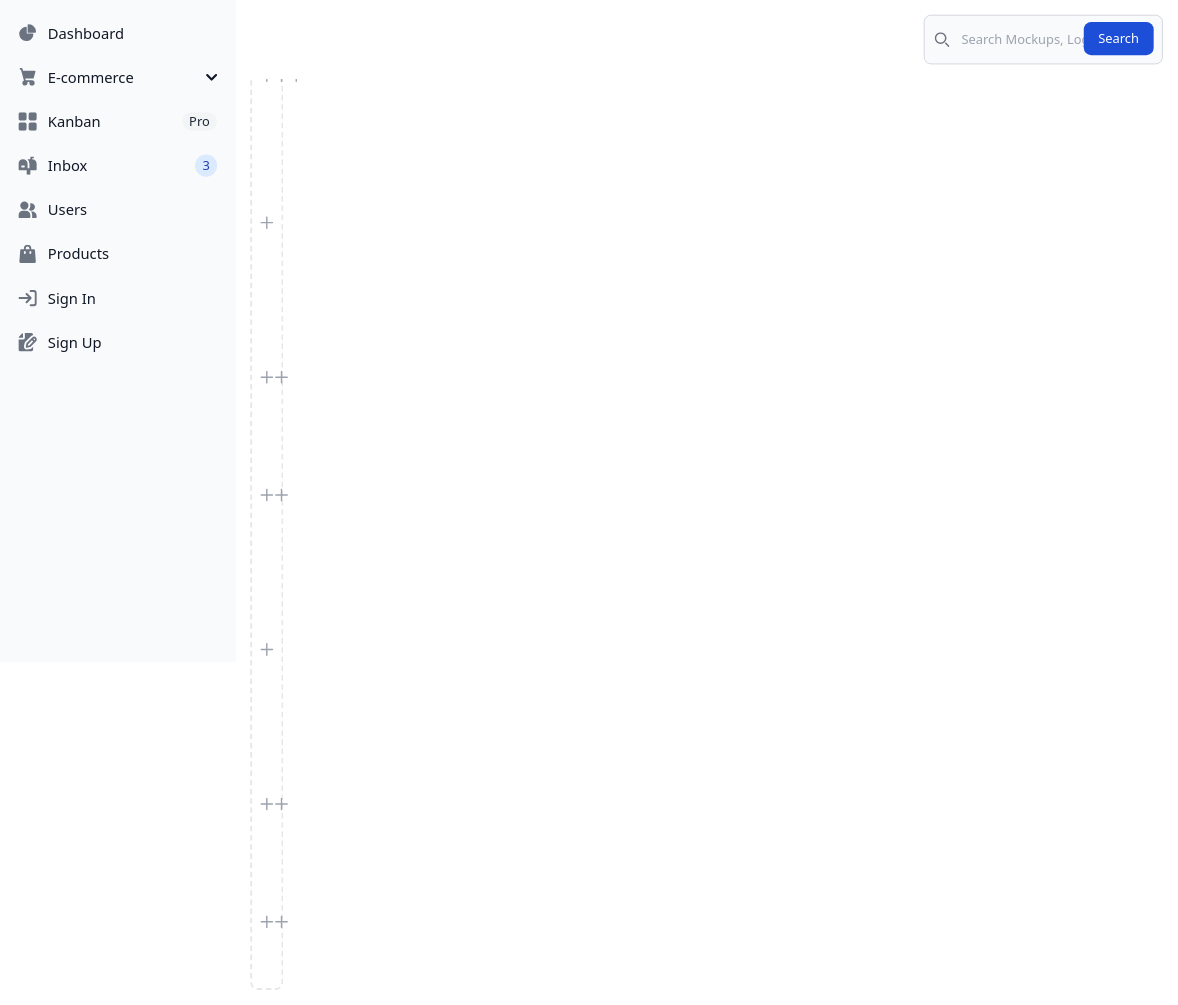
Repository: Yh010/dukaanDashboard
Page: /
An editor plug-in stored every save of this project. The page is shown before and after the next save, followed by the edit.
The browser window is 1280 px wide. The pictures show the whole page, at 92% of full size.
The project was rebuilt for these pictures with package versions that can differ from the ones it lists, and the page was loaded fresh each time. Also part of the build but not shown: vite.config.js, src/App.css.

Above is the page before, as saved 2024-01-21 15:18:24.

After the next save:
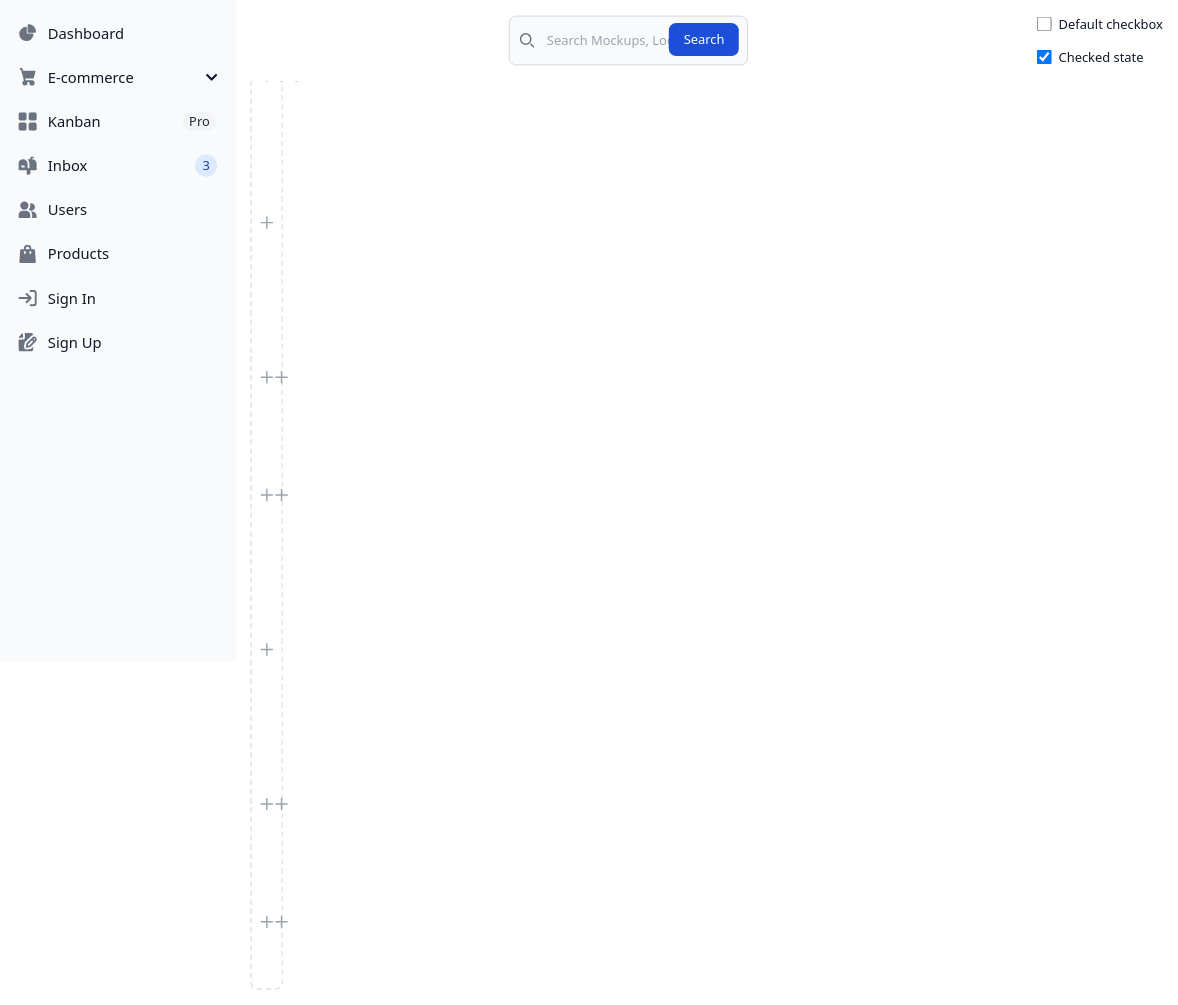
Saved 4 min 10 s later.
--- a/src/components/navbar.jsx
+++ b/src/components/navbar.jsx
@@ -24,7 +24,20 @@ export default function Navbar() {
             </div>
         </form>
 
-    </div>
+                    </div>
+
+                    <div>
+
+<div className="flex items-center mb-4">
+    <input id="default-checkbox" type="checkbox" value="" className="w-4 h-4 text-blue-600 bg-gray-100 border-gray-300 rounded focus:ring-blue-500 dark:focus:ring-blue-600 dark:ring-offset-gray-800 focus:ring-2 dark:bg-gray-700 dark:border-gray-600"/>
+    <label htmlFor="default-checkbox" className="ms-2 text-sm font-medium text-gray-900 dark:text-gray-300">Default checkbox</label>
+</div>
+<div className="flex items-center">
+    <input checked id="checked-checkbox" type="checkbox" value="" className="w-4 h-4 text-blue-600 bg-gray-100 border-gray-300 rounded focus:ring-blue-500 dark:focus:ring-blue-600 dark:ring-offset-gray-800 focus:ring-2 dark:bg-gray-700 dark:border-gray-600"/>
+    <label htmlFor="checked-checkbox" className="ms-2 text-sm font-medium text-gray-900 dark:text-gray-300">Checked state</label>
+</div>
+
+                    </div>
   </div>
 </nav>
 
